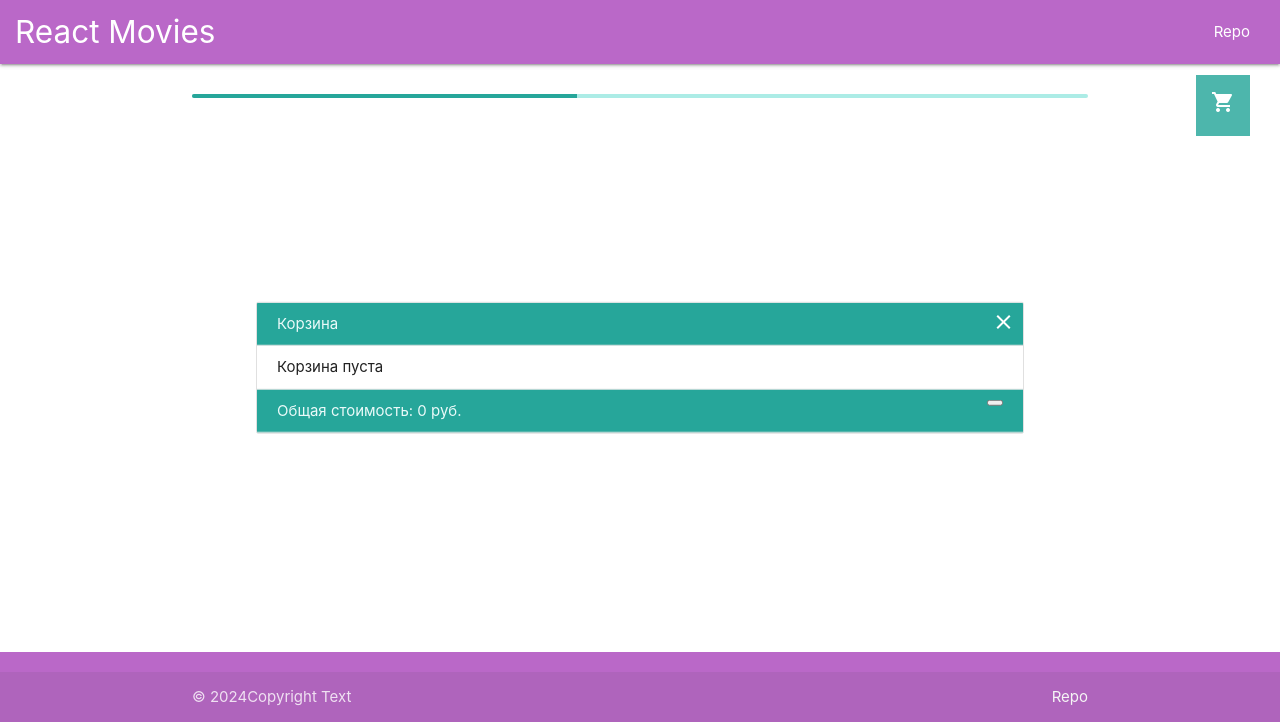
Repository: iveivs/mNepRe
Page: / (app in vitrina/), after clicking the first element matching `div.cart`
These files come from the project's save history. The page is drawn as it stood at one moment and after a run of saves; the edit follows.
The browser window is 1280 px wide. The pictures show the whole page.
The page's requests for data from a server got no answer. The project was rebuilt for these pictures with package versions that can differ from the ones it lists, and the page was loaded fresh each time. No one was signed in, and anything a server would have sent is missing. Also part of the build but not shown: vitrina/src/components/GoodsItem.jsx, vitrina/src/components/GoodsList.jsx, vitrina/src/components/BasketItem.jsx.

Above is the page before, as saved 2024-01-27 18:05:58.

After the next 2 saves:
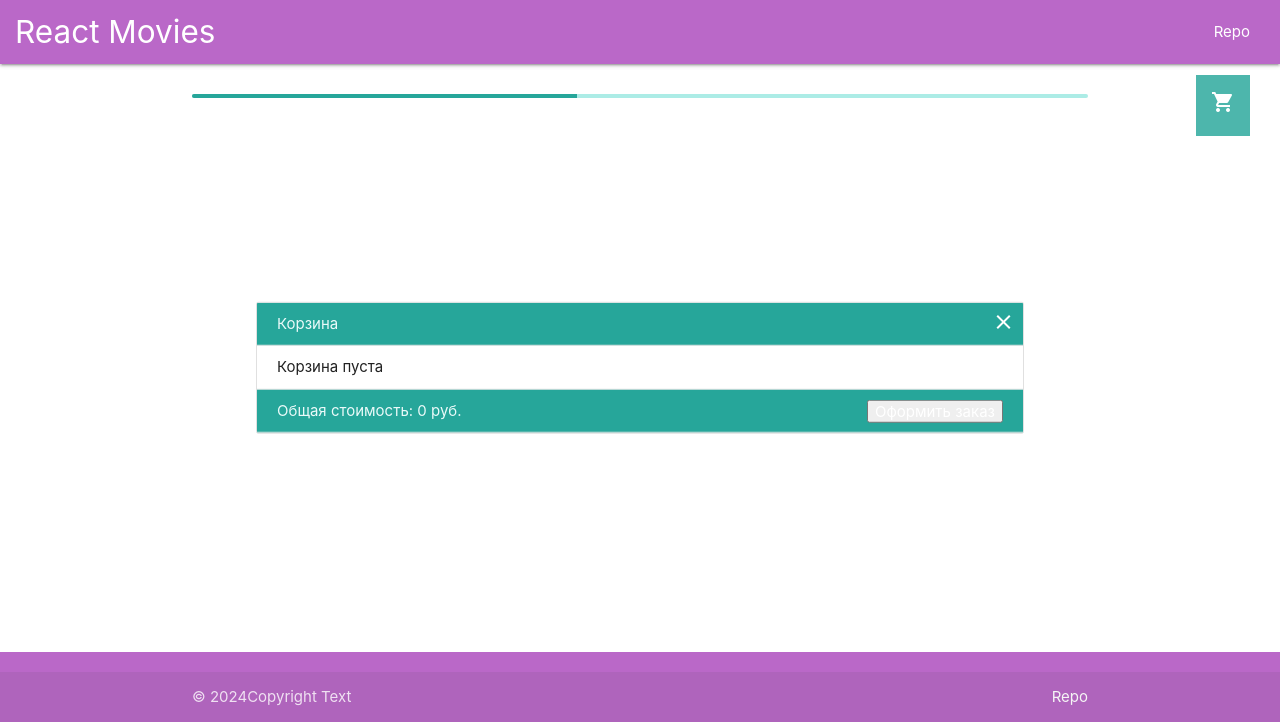
The 2 saves are shown as one change because they came seconds apart.
The last was saved 18 s later.
--- a/vitrina/src/components/BasketList.jsx
+++ b/vitrina/src/components/BasketList.jsx
@@ -25,7 +25,7 @@ function BasketList (props) {
                 )) : <li className="collection-item"> Корзина пуста</li>
             }
         <li className="collection-item active">Общая стоимость: {totalPrice} руб.
-            <button className="secondary-content"></button>
+            <button className="secondary-content">Оформить заказ</button>
         </li>
         <i className="material-icons basket-close" onClick={handleBasketShow}>close</i>
     </ul>
